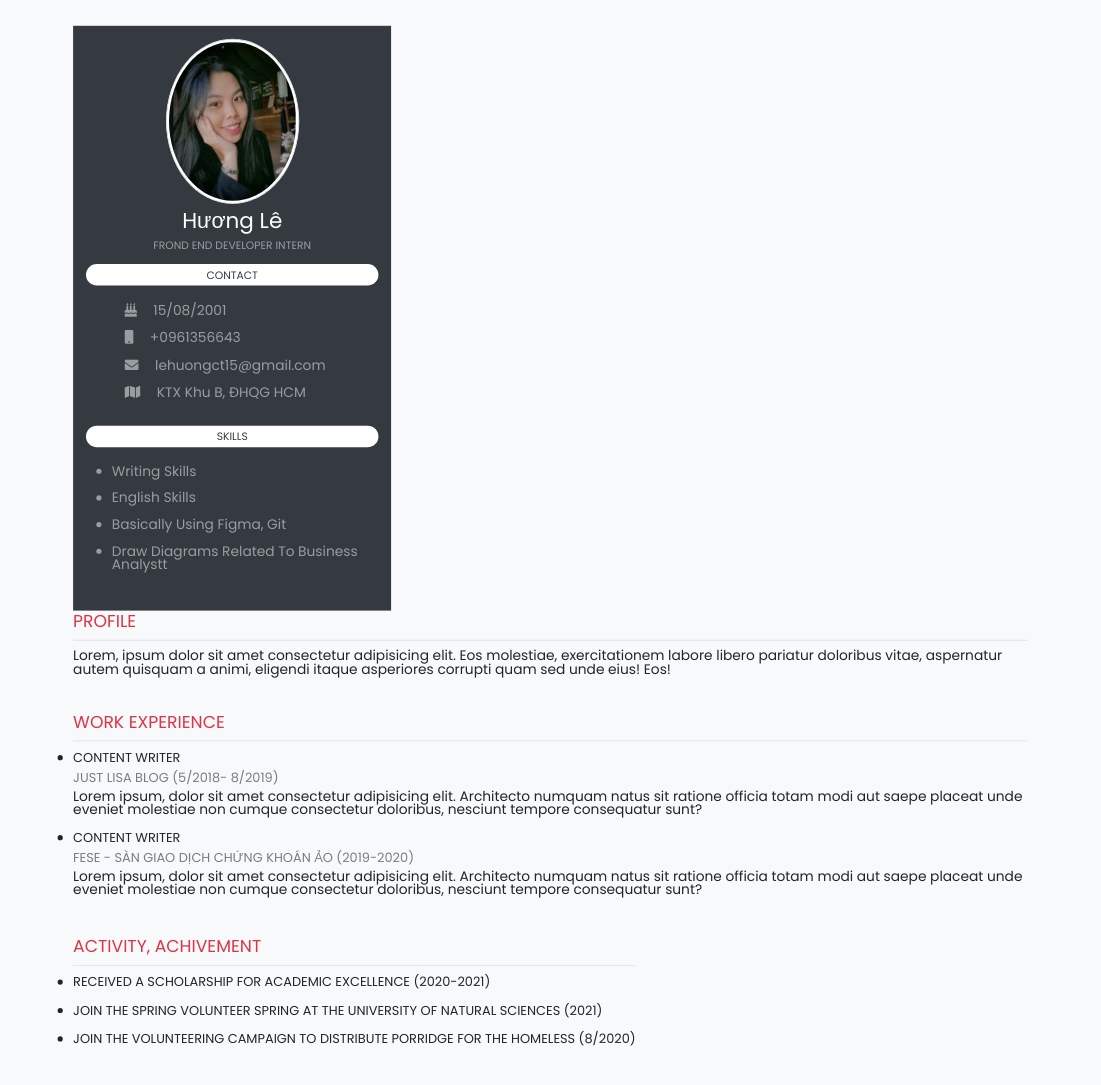
Repository: huongle158/cvhuongle
Page: index.html
The author's editor kept a copy of each file at every save. The page is drawn from the files as they stood at one save, then again after the next save.
The browser window is 1280 px wide. The pictures show the whole page, at 86% of full size.
The page's requests for data from a server got no answer. Some web libraries are served in a nearby version.

Above is the page before, as saved 2021-12-13 01:06:30.

### index.html
<!DOCTYPE html>
<html lang="en">
  <head>
    <title>Resume</title>
    <link
      href="https://fonts.googleapis.com/css2?family=Poppins:wght@400;600&display=swap"
      rel="stylesheet"
    />
    <link rel="stylesheet" href="https://cdnjs.cloudflare.com/ajax/libs/font-awesome/5.10.0/css/all.min.css" integrity="sha512-PgQMlq+nqFLV4ylk1gwUOgm6CtIIXkKwaIHp/PAIWHzig/lKZSEGKEysh0TCVbHJXCLN7WetD8TFecIky75ZfQ==" crossorigin="anonymous" referrerpolicy="no-referrer" />
    <!-- Required meta tags -->
    <meta charset="utf-8" />
    <meta
      name="viewport"
      content="width=device-width, initial-scale=1, shrink-to-fit=no"
    />

    <!-- Bootstrap CSS -->
    <link
      rel="stylesheet"
      href="https://stackpath.bootstrapcdn.com/bootstrap/4.3.1/css/bootstrap.min.css"
      integrity="sha384-ggOyR0iXCbMQv3Xipma34MD+dH/1fQ784/j6cY/iJTQUOhcWr7x9JvoRxT2MZw1T"
      crossorigin="anonymous"
    />
    <link rel="stylesheet" href="./assets/css/style.css" />
  </head>
  <body class="bg-light">
    <div class="container p-5">
      <div class="row">

        <div class="col-lg-4 bg-dark text-white text-center py-4">
          <div class="header-left">
            <img
              src="./assets/img/188108614_380364193279457_3096500343222530064_n (1).jpg"
              alt=""
              class="img-thumbnail rounded-circle mb-2"
            />
            <h1 class="display-5">Hương Lê</h1>
            <h4 class="lead text-uppercase text-white-50 mb-4">
              Frond End Developer Intern
            </h4>
          </div>

          <div>
              <h5 class="text-uppercase bg-white text-dark py-2 rounded-pill mb-4" >contact</h5>
              <ul class="list-unstyled text-white-50 ml-5 py-2 text-left">
                  <li class="list-item mb-4">
                      <i class="fas fa-birthday-cake mx-4"></i>
                     15/08/2001
                  </li>
                  <li class="list-item mb-4">
                      <i class="fa fa-mobile mx-4"></i>
                      +0961356643
                  </li>
                  <li class="list-item mb-4">
                      <i class="fa fa-envelope mx-4"></i>
                      lehuongct15@gmail.com
                  </li>
                  <li class="list-item mb-4">
                      <i class="fa fa-map mx-4"></i>
                      KTX Khu B, ĐHQG HCM
                  </li>
              </ul>
          </div>
          <div>
              <h5 class="text-uppercase bg-white text-dark py-2 rounded-pill mb-4" >skills</h5>
              <ul class="list text-white-50 ml-5 py-2 text-left text-capitalize">
                <li class="list-item mb-4">Writing skills</li>
                <li class="list-item mb-4">English skills</li>
                <li class="list-item mb-4">Basically using Figma, Git</li>
                <li class="list-item mb-4">draw diagrams related to Business Analystt</li>
              </ul>
          </div>

        </div>

        <div class="col-lg-8 bg-light text-dark py-4 px-5">
             <!-- <div class="header-right mb-5 m-education">
                <h2 class="text-uppercase text-danger">Education</h2>
                <hr>
                 <ul class="list">
                <li class="list-item mb-4">University of Economic and Laws - VNU - HCM ( 8/2019 - Now)</li>
                <li class="list-item mb-4">Management Information System Major (MIS)</li>
                <li class="list-item mb-4">GPA: 7.74</li>
              </ul> -->
            </div>

            <br>
            <div class="header-right mb-5">
                <h2 class="text-uppercase text-danger">profile</h2>
                <hr>
                <p>Lorem, ipsum dolor sit amet consectetur adipisicing elit. Eos molestiae, exercitationem labore libero pariatur doloribus vitae, aspernatur autem quisquam a animi, eligendi itaque asperiores corrupti quam sed unde eius! Eos!</p>

            </div>

            <div class="mb-5">
                <h2 class="text-uppercase text-danger">Work Experience</h2>
                <hr>
                <ul class="list">
                <li class="list-item mb-4">
                    <h4 class="display-6 text-uppercase">Content Writer</h4>
                    <h4 class="text-uppercase text-black-50">Just Lisa blog  (5/2018- 8/2019) </h4>
                    <p>Lorem ipsum, dolor sit amet consectetur adipisicing elit. Architecto numquam natus sit ratione officia totam modi aut saepe placeat unde eveniet molestiae non cumque consectetur doloribus, nesciunt tempore consequatur sunt?</p>
                </li>
                 <li class="list-item mb-4">
                    <h4 class="display-6 text-uppercase">Content Writer</h4>
                    <h4 class="text-uppercase text-black-50">FESE - Sàn Giao dịch Chứng khoán ảo (2019-2020)</h4>
                    <p>Lorem ipsum, dolor sit amet consectetur adipisicing elit. Architecto numquam natus sit ratione officia totam modi aut saepe placeat unde eveniet molestiae non cumque consectetur doloribus, nesciunt tempore consequatur sunt?</p>
                </li>

              </ul>

            </div>
            <br>
             <div>
                <h2 class="text-uppercase text-danger">Activity, Achivement</h2>
                <hr>
                <ul class="list">

                 <li class="list-item mb-4">
                    <h4 class="display-6 text-uppercase">Received a scholarship for academic excellence (2020-2021)</h4>
                </li>
                <li class="list-item mb-4">
                    <h4 class="display-6 text-uppercase">Join the Spring Volunteer Spring at the University of Natural Sciences (2021)</h4>
                </li>
                <li class="list-item mb-4">
                    <h4 class="display-6 text-uppercase">Join the volunteering campaign to distribute porridge for the homeless (8/2020)</h4>
                </li>

              </ul>

            </div>
        </div>
      </div>
    </div>

    <!-- Optional JavaScript -->
    <!-- jQuery first, then Popper.js, then Bootstrap JS -->
    <script
      src="https://code.jquery.com/jquery-3.3.1.slim.min.js"
      integrity="sha384-q8i/X+965DzO0rT7abK41JStQIAqVgRVzpbzo5smXKp4YfRvH+8abtTE1Pi6jizo"
      crossorigin="anonymous"
    ></script>
    <script
      src="https://cdnjs.cloudflare.com/ajax/libs/popper.js/1.14.7/umd/popper.min.js"
      integrity="sha384-UO2eT0CpHqdSJQ6hJty5KVphtPhzWj9WO1clHTMGa3JDZwrnQq4sF86dIHNDz0W1"
      crossorigin="anonymous"
    ></script>
    <script
      src="https://stackpath.bootstrapcdn.com/bootstrap/4.3.1/js/bootstrap.min.js"
      integrity="sha384-JjSmVgyd0p3pXB1rRibZUAYoIIy6OrQ6VrjIEaFf/nJGzIxFDsf4x0xIM+B07jRM"
      crossorigin="anonymous"
    ></script>
    <script src="./assets/js/main.js"></script>
  </body>
</html>

### assets/css/style.css
html {
  box-sizing: border-box;
  font-family: 'Roboto', sans-serif;
}
* {
  margin: 0;
  padding: 0;
}
*,
*:before,
*:after {
  box-sizing: border-box;
}
input,
textarea,
select,
button {
  outline: none;
}
input {
  line-height: normal;
}
label,
button {
  cursor: pointer;
}
a {
  text-decoration: none;
}
img {
  display: block;
  max-width: 100%;
}
*,
*:before,
*:after {
  box-sizing: border-box;
}
/* using rem unit */
html {
  font-size: 62.5%;
}
a {
  text-decoration: none;
}
img {
  display: block;
  max-width: 100%;
}
body {
  font-family: "Poppins", sans-serif;
  font-size: 16px;
  line-height: 1;
}
/*  */
img.rounded-circle{
margin: 0 auto;
}

### assets/js/main.js
const educationpoint = "http://localhost:3000";
const education = "education";

async function displayEducation() {
    const promise = await fetch(`${educationpoint}/${education}`);
    const edudata = await promise.json();
    const eduEle = document.querySelector(".m-education");
    const eduTemplate = `<h2 class="text-uppercase text-danger">Education</h2>
                <hr>
                 <ul class="list">
                <li class="list-item mb-4">${edudata[0].university}</li>
                <li class="list-item mb-4">${edudata[0].major}</li>
                <li class="list-item mb-4">GPA: ${edudata[0].gpa}</li>
              </ul>`;
    eduEle.insertAdjacentHTML("afterbegin", eduTemplate)

}
displayEducation();

After the next save:
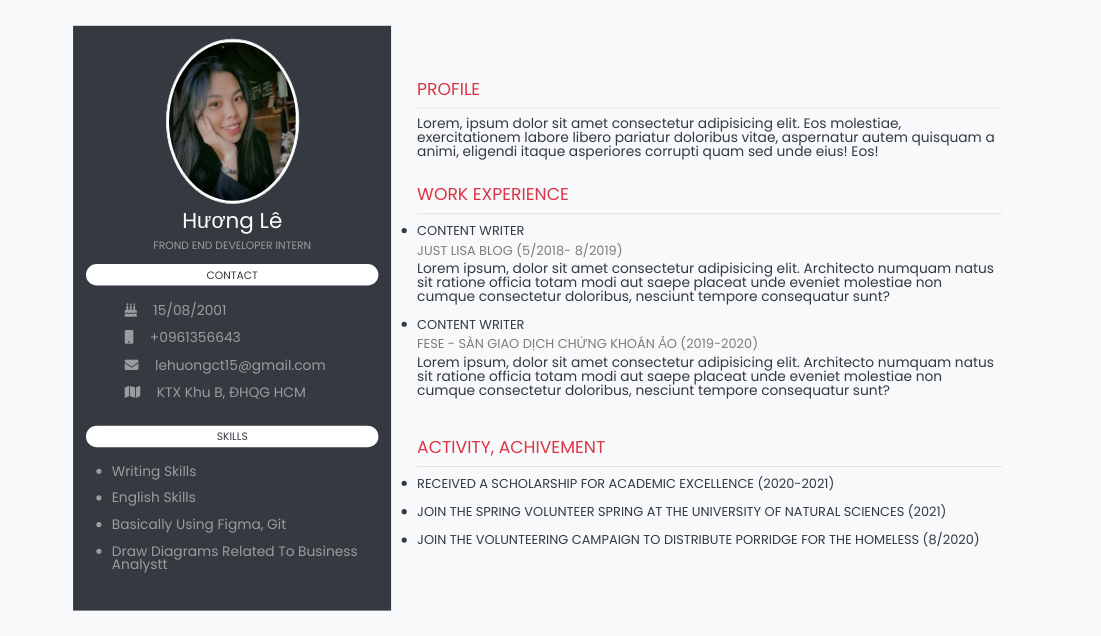
Saved 10 s later.
--- a/index.html
+++ b/index.html
@@ -74,8 +74,8 @@
         </div>
 
         <div class="col-lg-8 bg-light text-dark py-4 px-5">
-             <!-- <div class="header-right mb-5 m-education">
-                <h2 class="text-uppercase text-danger">Education</h2>
+             <div class="header-right mb-5 m-education">
+                <!-- <h2 class="text-uppercase text-danger">Education</h2>
                 <hr>
                  <ul class="list">
                 <li class="list-item mb-4">University of Economic and Laws - VNU - HCM ( 8/2019 - Now)</li>
